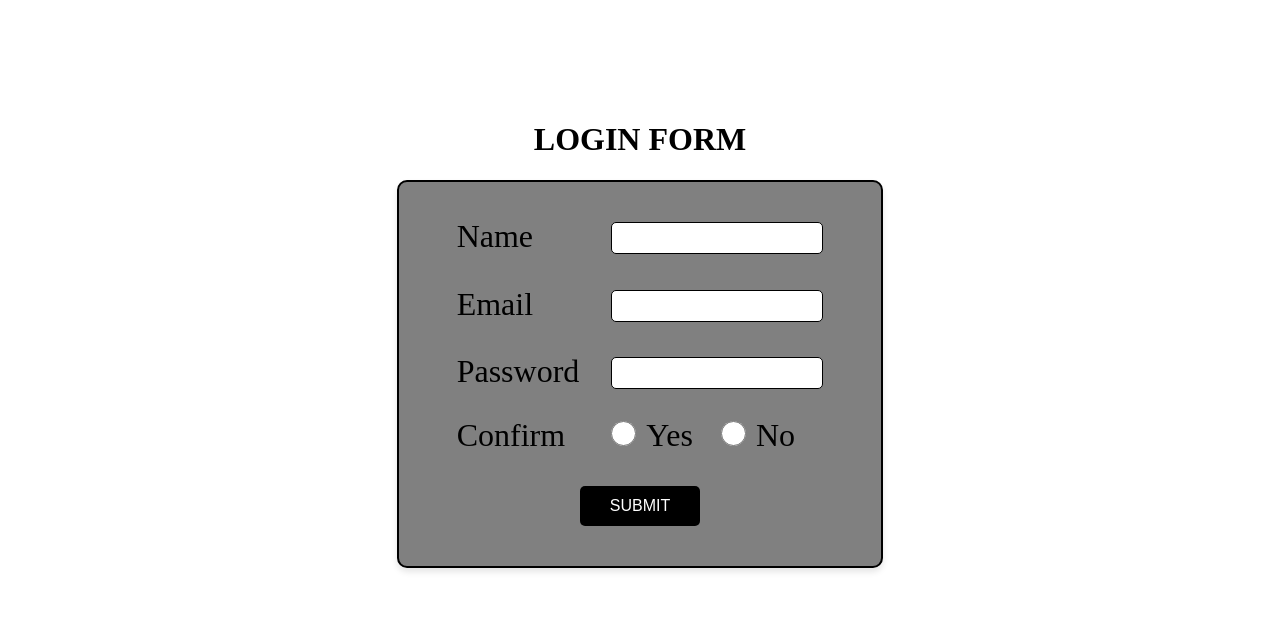
Repository: obusakthi539/Loginform
Page: Form.html
These files come from the project's save history. The page is drawn as it stood at one moment and after a run of saves; the edit follows.
The browser window is 1280 px wide. The pictures show the whole page.

Above is the page before, as saved 2025-01-11 14:28:19.

### Form.html
<!DOCTYPE html>
<html lang="en">
<head>
    <meta charset="UTF-8">
    <meta name="viewport" content="width=device-width, initial-scale=1.0">
    <title>Document</title>
    <style>
        body {
            display: flex;
            flex-direction: column;
            align-items: center;
            justify-content: center;
            margin-top: 100px;
        }
        .a {
            background-color: gray;
            font-size: xx-large;
            width: 35%;
            display: flex;
            flex-direction: column;
            padding: 20px;
            border: 2px solid black;
            border-radius: 10px;
            box-shadow: 0px 4px 6px rgba(0, 0, 0, 0.1);
        }
        .a input {
            width: 200px;
            height: 20px;
            margin: 5px 0;
            border: 1px solid black;
            border-radius: 5px;
            padding: 5px;
        }
        #i {
            width: 25px;
            height: 25px;
            margin-right: 10px;
        }
        button {
            display: block;
            margin: 20px auto;
            width: 120px;
            height: 40px;
            background-color: black;
            color: white;
            border: none;
            border-radius: 5px;
            cursor: pointer;
            font-size: medium;
        }
        button:hover {
            background-color: darkgray;
        }
        table {
            margin: 0 auto;
        }
        table td {
            padding: 10px 15px; /* Add padding for spacing */
        }
    </style>
</head>
<body>
    <h1>LOGIN FORM</h1>
    <div class="a">
        <form action="">
            <table>
                <tr>
                    <td><label for="">Name</label></td>
                    <td><input type="text"></td>
                </tr>
                <tr>
                    <td><label for="">Email</label></td>
                    <td><input type="email"></td>
                </tr>
                <tr>
                    <td><label for="">Password</label></td>
                    <td><input type="password"></td>
                </tr>
                <tr>
                    <td><label for="">Confirm</label></td>
                    <td>
                        <input type="radio" name="a" id="i">Yes
                        <input type="radio" name="a" id="i" style="margin-left: 20px;">No
                    </td>
                </tr>
            </table>
            <button type="submit">SUBMIT</button>
        </form>
    </div>
</body>
</html>

After the next 2 saves:
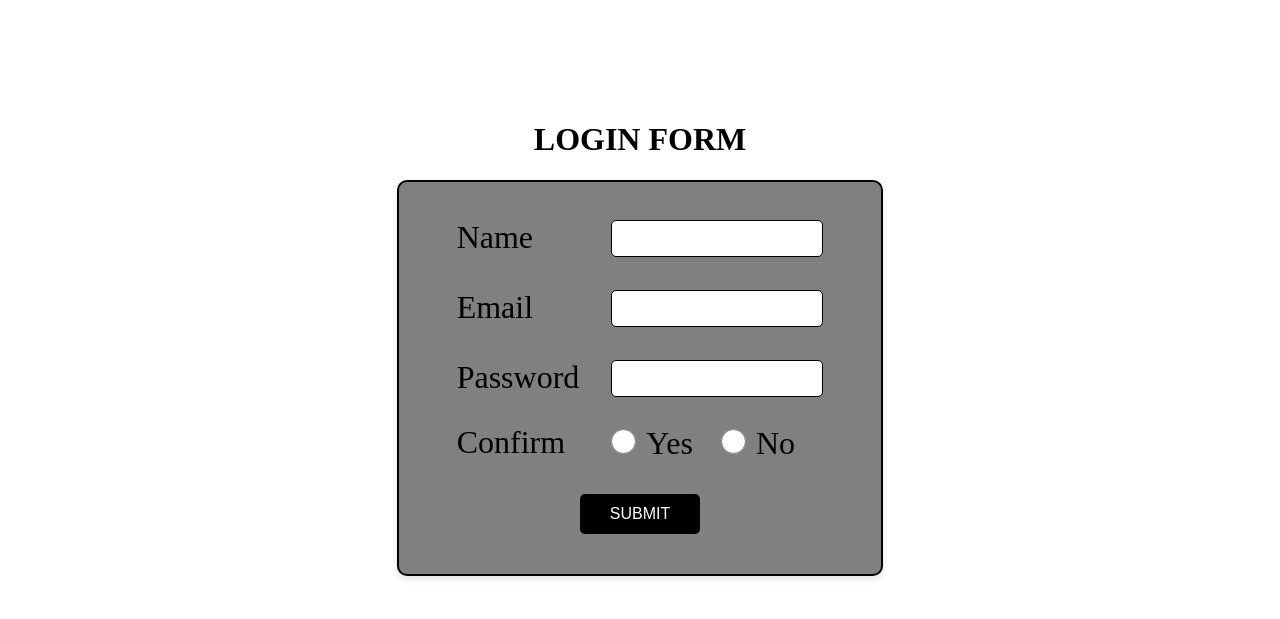
The 2 saves are shown as one change because they came seconds apart.
The last was saved 9 s later.
--- a/Form.html
+++ b/Form.html
@@ -25,7 +25,7 @@
         }
         .a input {
             width: 200px;
-            height: 20px;
+            height: 25px;
             margin: 5px 0;
             border: 1px solid black;
             border-radius: 5px;
